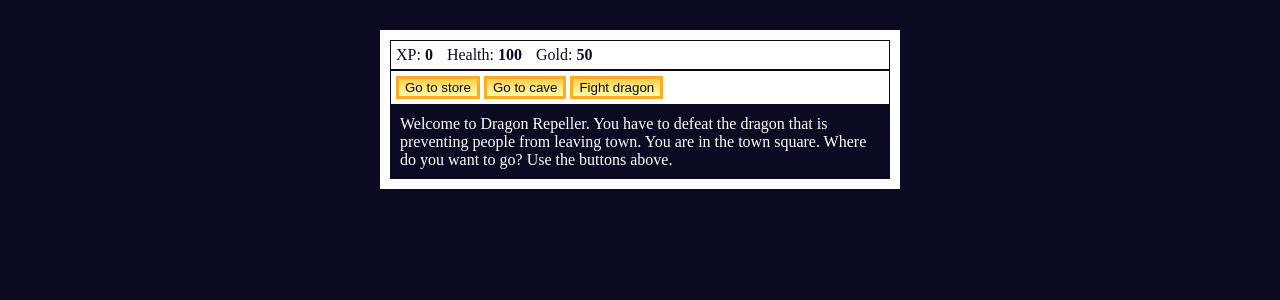
Repository: Lungdjos/role_playing_game
Page: index.html
These files come from the project's save history. The page is drawn as it stood at one moment and after the next save; the edit follows.
The browser window is 1280 px wide. The pictures show the whole page.

Above is the page before, as saved 2024-02-07 08:50:37.

After the next save:
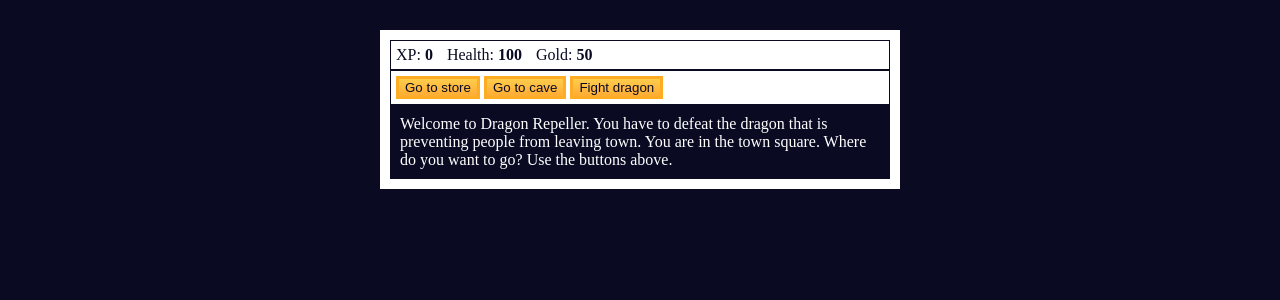
Saved 5 s later.
--- a/styles.css
+++ b/styles.css
@@ -58,5 +58,5 @@ button {
     color: #0a0a23;
     background-color: #feac23;
     border: 3px solid #feac23;
-    background-image: linear-gradient(#fecc4c, #ffa);
+    background-image: linear-gradient(#fecc4c, #ffac33);
 }
